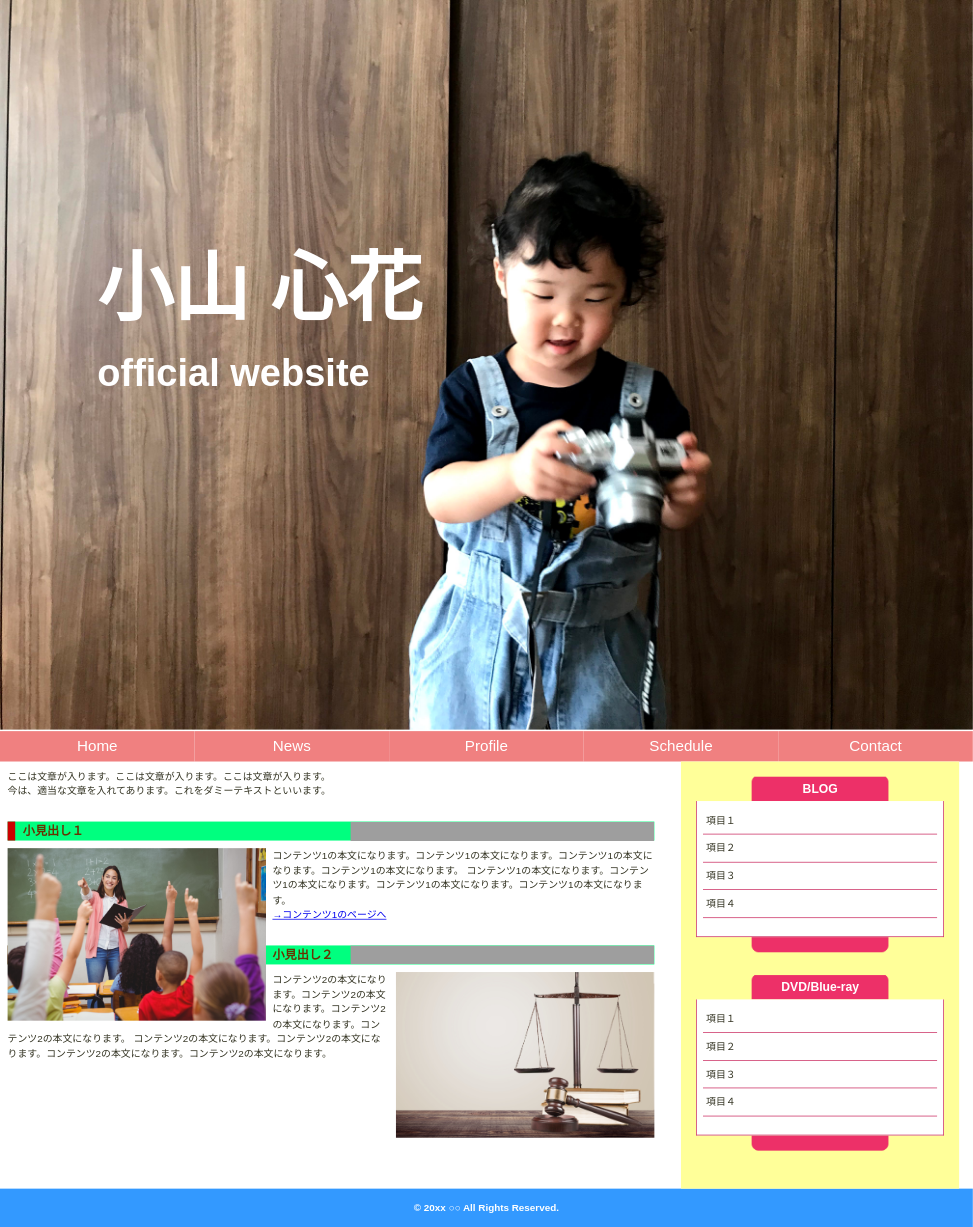
Repository: yutakakoyama/samurai_HTML-CSS
Page: home.html
The author's editor kept a record of every edit. The page is drawn from the files as they stood at one moment, then again after the next edit.
The browser window is 1280 px wide. The pictures show the whole page, at 76% of full size.
Pictures or frames that could not be fetched are drawn as grey boxes.

Above is the page before.

After the next edit:
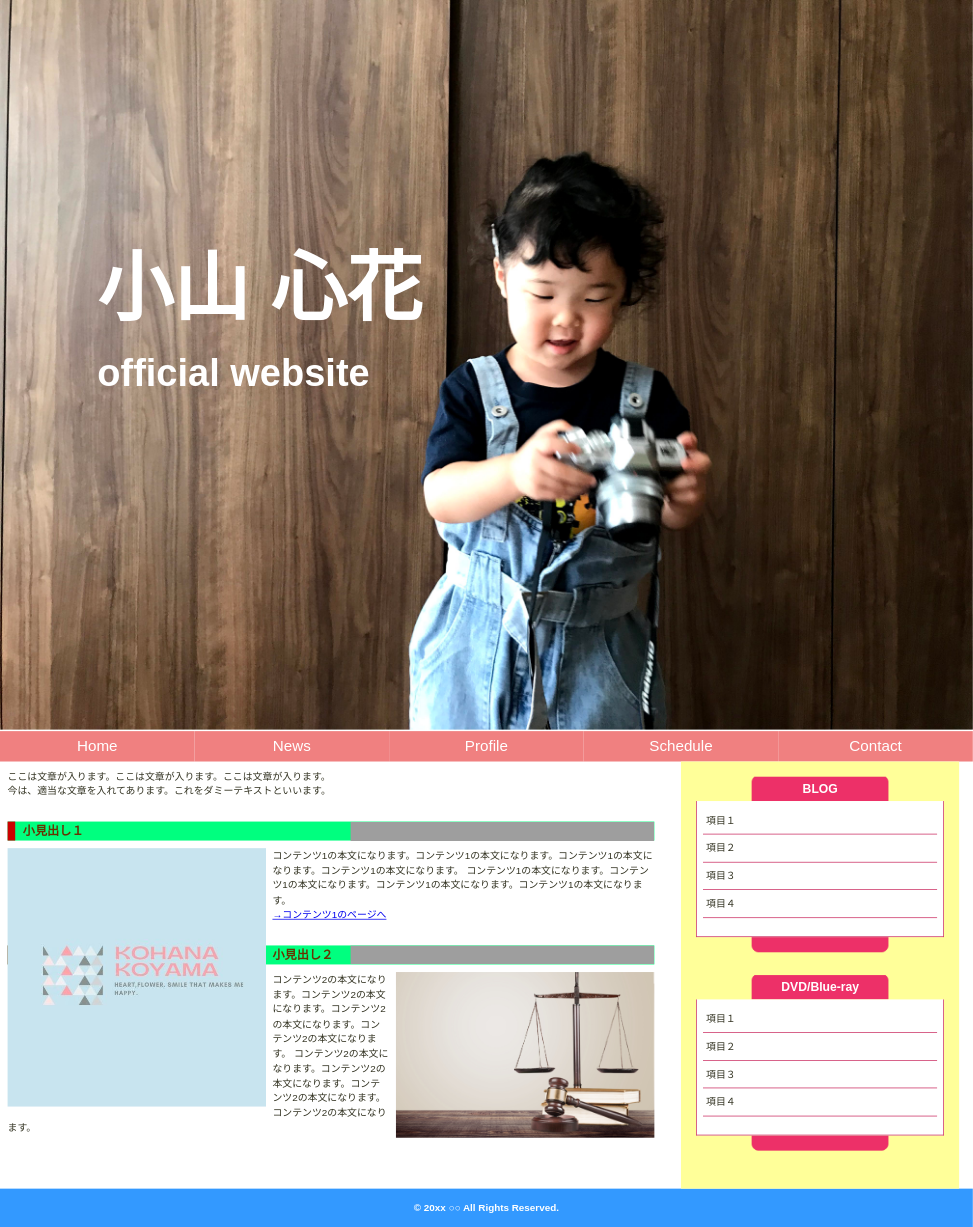
The edit:
--- a/home.html
+++ b/home.html
@@ -28,7 +28,7 @@
                     </div>
                     <div class="post clearfix">
                         <h2>小見出し１</h2>
-                        <img class="left" src="images/classroom.jpg" alt="授業風景" />
+                        <img class="left" src="images/Kohana koyama.jpg" alt="授業風景" />
                         <p>
                             コンテンツ1の本文になります。コンテンツ1の本文になります。コンテンツ1の本文になります。コンテンツ1の本文になります。
                             コンテンツ1の本文になります。コンテンツ1の本文になります。コンテンツ1の本文になります。コンテンツ1の本文になります。
